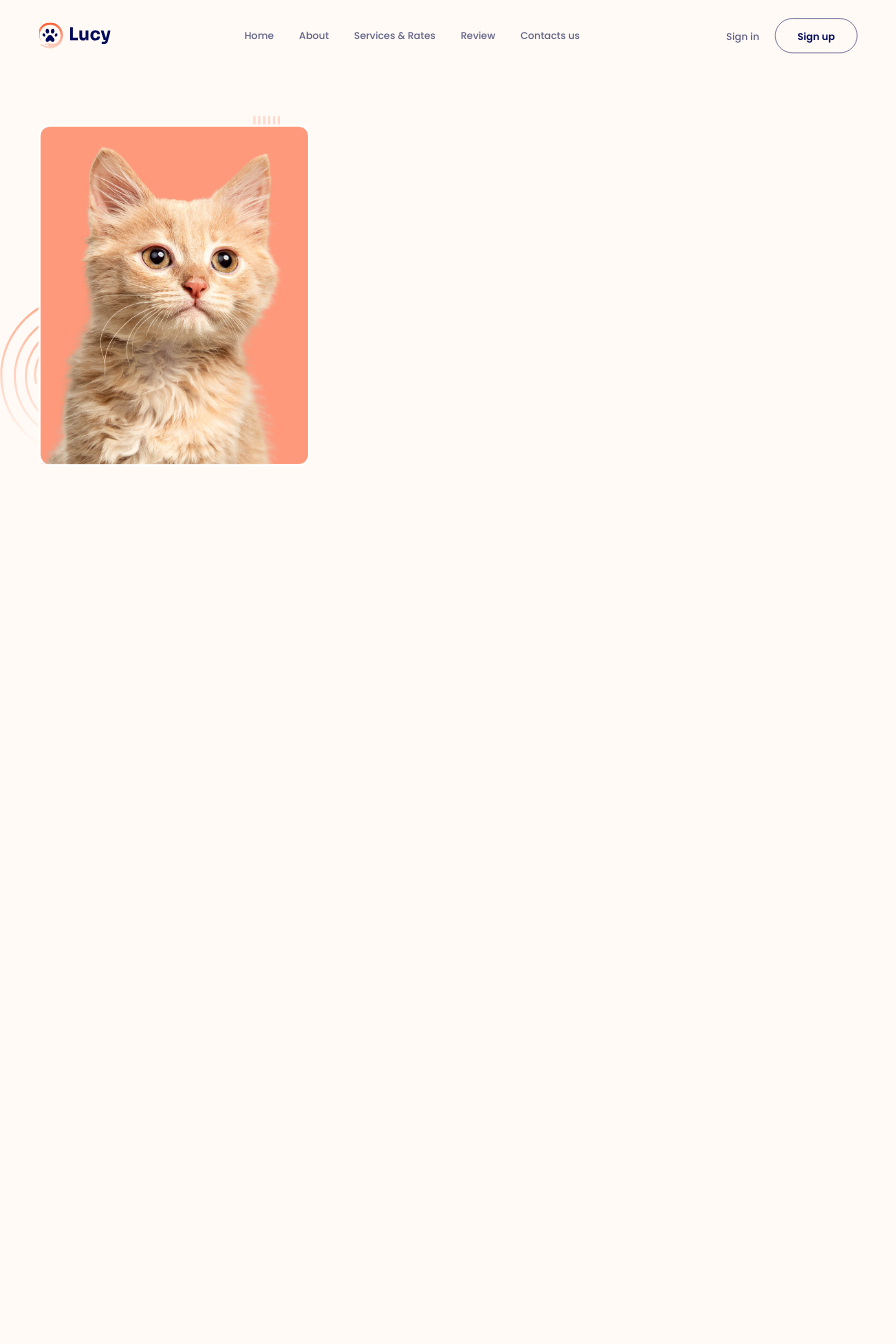
Repository: anhtien111198/f8-htmlcss-04
Page: index.html
These files come from the project's save history. The page is drawn as it stood at one moment and after the next save; the edit follows.
The browser window is 1280 px wide. The pictures show the part of the page from y = 0 to 1920 px (the page is 5000 px tall), at 70% of full size.

Above is the page before, as saved 2023-05-17 11:05:54.

### index.html
<!DOCTYPE html>
<html lang="en">
    <head>
        <meta charset="UTF-8" />
        <meta http-equiv="X-UA-Compatible" content="IE=edge" />
        <meta name="viewport" content="width=device-width, initial-scale=1.0" />
        <title>Lucy - Established &amp Trusted Pet Care Service</title>
        <!-- favicon -->
        <link
            rel="apple-touch-icon"
            sizes="57x57"
            href="./assets/favicon/apple-icon-57x57.png"
        />
        <link
            rel="apple-touch-icon"
            sizes="60x60"
            href="./assets/favicon/apple-icon-60x60.png"
        />
        <link
            rel="apple-touch-icon"
            sizes="72x72"
            href="./assets/favicon/apple-icon-72x72.png"
        />
        <link
            rel="apple-touch-icon"
            sizes="76x76"
            href="./assets/favicon/apple-icon-76x76.png"
        />
        <link
            rel="apple-touch-icon"
            sizes="114x114"
            href="./assets/favicon/apple-icon-114x114.png"
        />
        <link
            rel="apple-touch-icon"
            sizes="120x120"
            href="./assets/favicon/apple-icon-120x120.png"
        />
        <link
            rel="apple-touch-icon"
            sizes="144x144"
            href="./assets/favicon/apple-icon-144x144.png"
        />
        <link
            rel="apple-touch-icon"
            sizes="152x152"
            href="./assets/favicon/apple-icon-152x152.png"
        />
        <link
            rel="apple-touch-icon"
            sizes="180x180"
            href="./assets/favicon/apple-icon-180x180.png"
        />
        <link
            rel="icon"
            type="image/png"
            sizes="192x192"
            href="./assets/favicon/android-icon-192x192.png"
        />
        <link
            rel="icon"
            type="image/png"
            sizes="32x32"
            href="./assets/favicon/favicon-32x32.png"
        />
        <link
            rel="icon"
            type="image/png"
            sizes="96x96"
            href="./assets/favicon/favicon-96x96.png"
        />
        <link
            rel="icon"
            type="image/png"
            sizes="16x16"
            href="./assets/favicon/favicon-16x16.png"
        />
        <link rel="manifest" href="./assets/favicon/manifest.json" />
        <meta name="msapplication-TileColor" content="#ffffff" />
        <meta
            name="msapplication-TileImage"
            content="./assets/favicon/ms-icon-144x144.png"
        />
        <meta name="theme-color" content="#ffffff" />
        <!-- reset css-->
        <link rel="stylesheet" href="./assets/css/reset.css" />
        <!-- Embed font family-->
        <link rel="preconnect" href="https://fonts.googleapis.com" />
        <link rel="preconnect" href="https://fonts.gstatic.com" crossorigin />
        <link
            href="https://fonts.googleapis.com/css2?family=Poppins:wght@300;400;500;600&family=Sora:wght@400;500;600;700;800&display=swap"
            rel="stylesheet"
        />
        <!-- style css -->
        <link rel="stylesheet" href="./assets/css/style.css" />
    </head>
    <body style="height: 5000px">
        <!-- header -->
        <header class="header">
            <div class="container">
                <div class="header__inner">
                    <!-- logo -->
                    <img src="./assets/images/logo.svg" alt="" class="logo" />
                    <!-- navbar -->
                    <nav class="navbar">
                        <ul class="navbar__list">
                            <li class="navbar__item">
                                <a href="#!" class="navbar__link">Home</a>
                            </li>
                            <li class="navbar__item">
                                <a href="#!" class="navbar__link">About</a>
                            </li>
                            <li class="navbar__item">
                                <a href="#!" class="navbar__link">
                                    Services &amp Rates
                                </a>
                            </li>
                            <li class="navbar__item">
                                <a href="#!" class="navbar__link">Review</a>
                            </li>
                            <li class="navbar__item">
                                <a href="#!" class="navbar__link">
                                    Contacts us
                                </a>
                            </li>
                        </ul>
                    </nav>
                    <!-- header action -->
                    <div class="header-action">
                        <a href="#!" class="header-action__link">Sign in</a>
                        <a href="#!" class="header-action__btn btn">Sign up</a>
                    </div>
                </div>
            </div>
        </header>
        <!-- hero -->
        <section class="hero">
            <div class="container">
                <div class="hero__inner">
                    <!-- hero media -->
                    <div class="hero__media">
                        <div class="hero__img-wrap">
                            <img
                                src="./assets/images/pet-01.png"
                                alt=""
                                class="hero__img"
                            />
                            <!-- decorators -->
                            <img
                                src="./assets/images/decor-01.svg"
                                alt=""
                                class="hero__decor hero__decor-left"
                            />
                            <img
                                src="./assets/images/decor-02.svg"
                                alt=""
                                class="hero__decor hero__decor-right"
                            />
                        </div>
                    </div>
                    <!-- hero content -->
                    <section class="hero__content"></section>
                </div>
            </div>
        </section>
    </body>
</html>

### assets/css/style.css
* {
    box-sizing: border-box;
}
html {
    font-size: 62.5%;
}
body {
    font-size: 1.6rem;
    font-family: "Poppins", sans-serif;
    background: #fffaf5;
}
/* ======================Common=================== */
a {
    text-decoration: none;
}
h1,
h2,
h3,
h4,
h5,
h6 {
    font-family: "Sora", sans-serif;
}
input,
textarea,
button,
select {
    font-size: inherit;
    font-family: inherit;
}
.container {
    width: 1170px;
    max-width: calc(100% - 48px);
    margin: 0 auto;
}
.btn {
    --height: 56px;
    display: inline-block;
    min-width: 130px;
    height: var(--height);
    line-height: var(--height);
    border: 1px solid rgba(0, 9, 88, 0.7);
    border-radius: 99px;
    font-weight: 600;
    font-size: 1.4rem;
    text-align: center;
    color: #000958;
}
.btn:hover {
    opacity: 0.9;
}
/* ===========header============== */
.header {
    position: sticky;
    top: -26px;
    z-index: 1;
    padding: 26px 0;
}
.header__inner {
    display: flex;
    align-items: center;
    justify-content: space-between;
}
.navbar__list {
    display: flex;
}
.navbar__link,
.header-action__link {
    padding: 8px 18px;
    font-weight: 500;
    font-size: 1.4rem;
    line-height: 1;
    color: #5e6085;
}
.navbar__link:hover {
    color: #000958;
    text-shadow: 1px 0 0 currentColor;
}
.header-action__btn {
    --height: 50px;
    min-width: 118px;
}
/* =======Hero======= */
.hero {
    margin-top: 76px;
}
.hero__inner {
    display: flex;
    align-items: center;
    justify-content: space-between;
}
.hero__img-wrap {
    position: relative;
    display: flex;
    align-items: flex-end;
    justify-content: center;
    width: 388px;
    height: 488px;
    background: #fe997b;
    border-radius: 16px;
    border: 3px solid #fff;
}
.hero__img {
    max-width: 100%;
    max-height: 100%;
}
.hero__decor {
    position: absolute;
    z-index: -1;
}
.hero__decor-left {
    left: -58px;
    bottom: 10px;
}
.hero__decor-right {
    top: -16px;
    right: 40px;
}

Loaded but not shown: assets/css/reset.css (common file)

After the next save:
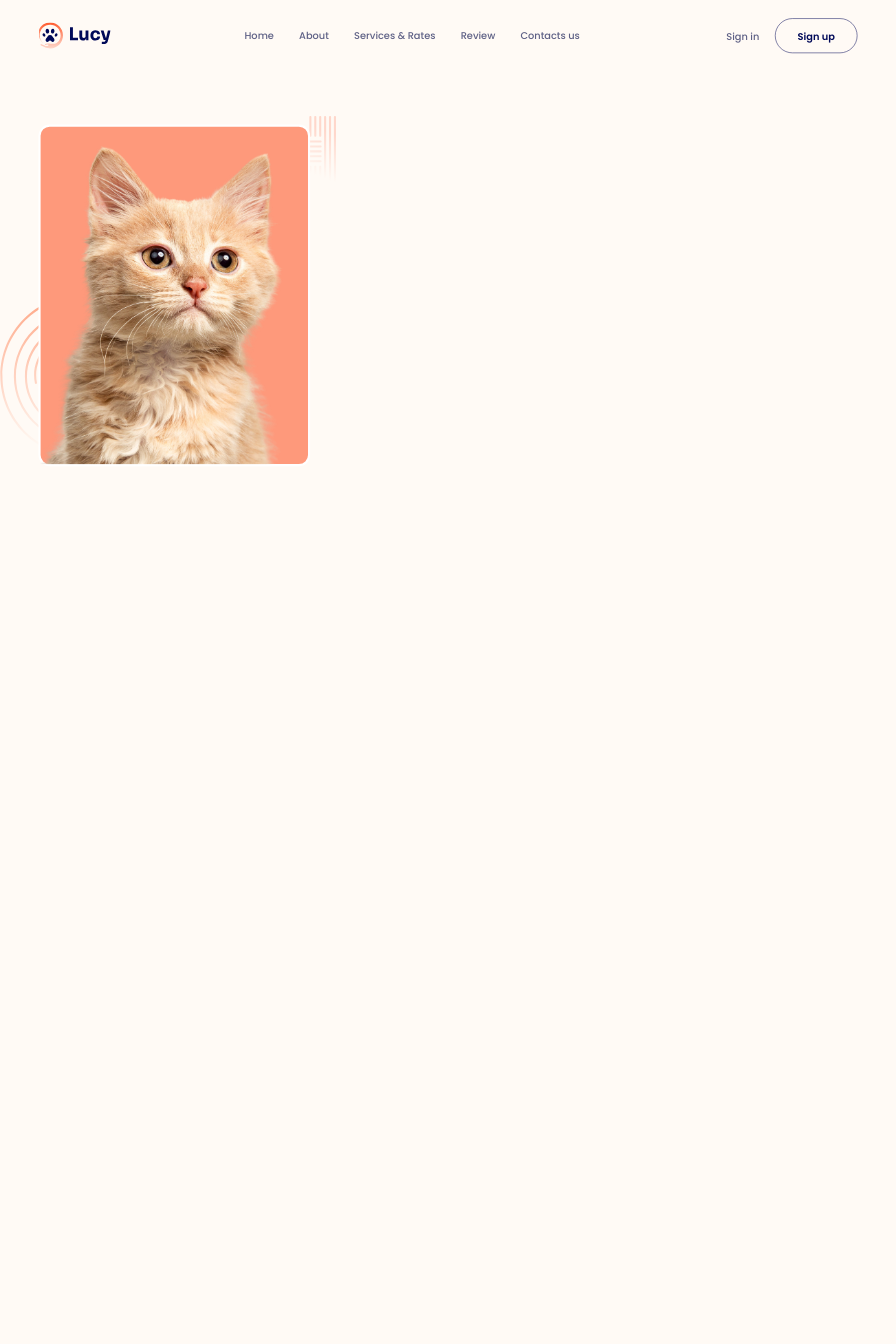
Saved 5 s later.
--- a/assets/css/style.css
+++ b/assets/css/style.css
@@ -114,5 +114,5 @@ select {
 }
 .hero__decor-right {
     top: -16px;
-    right: 40px;
+    right: -40px;
 }
